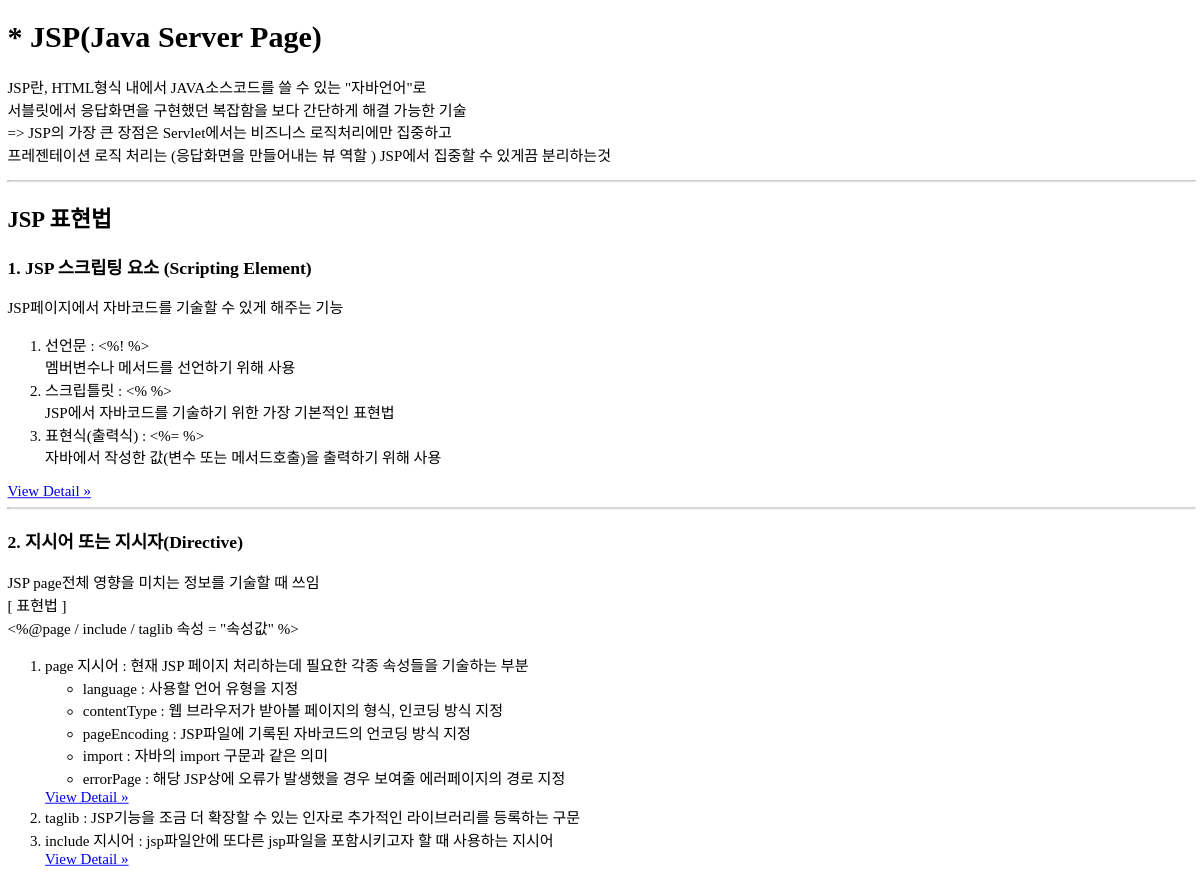
Repository: DonghwanSon1/StudyAndSubwayStore
Page: 2_JSP/WebContent/index.html
The author's editor kept a copy of each file at every save. The page is drawn from the files as they stood at one save, then again after the next save.
The browser window is 1280 px wide. The pictures show the whole page, at 94% of full size.

Above is the page before, as saved 2022-06-02 07:37:48.

After the next save:
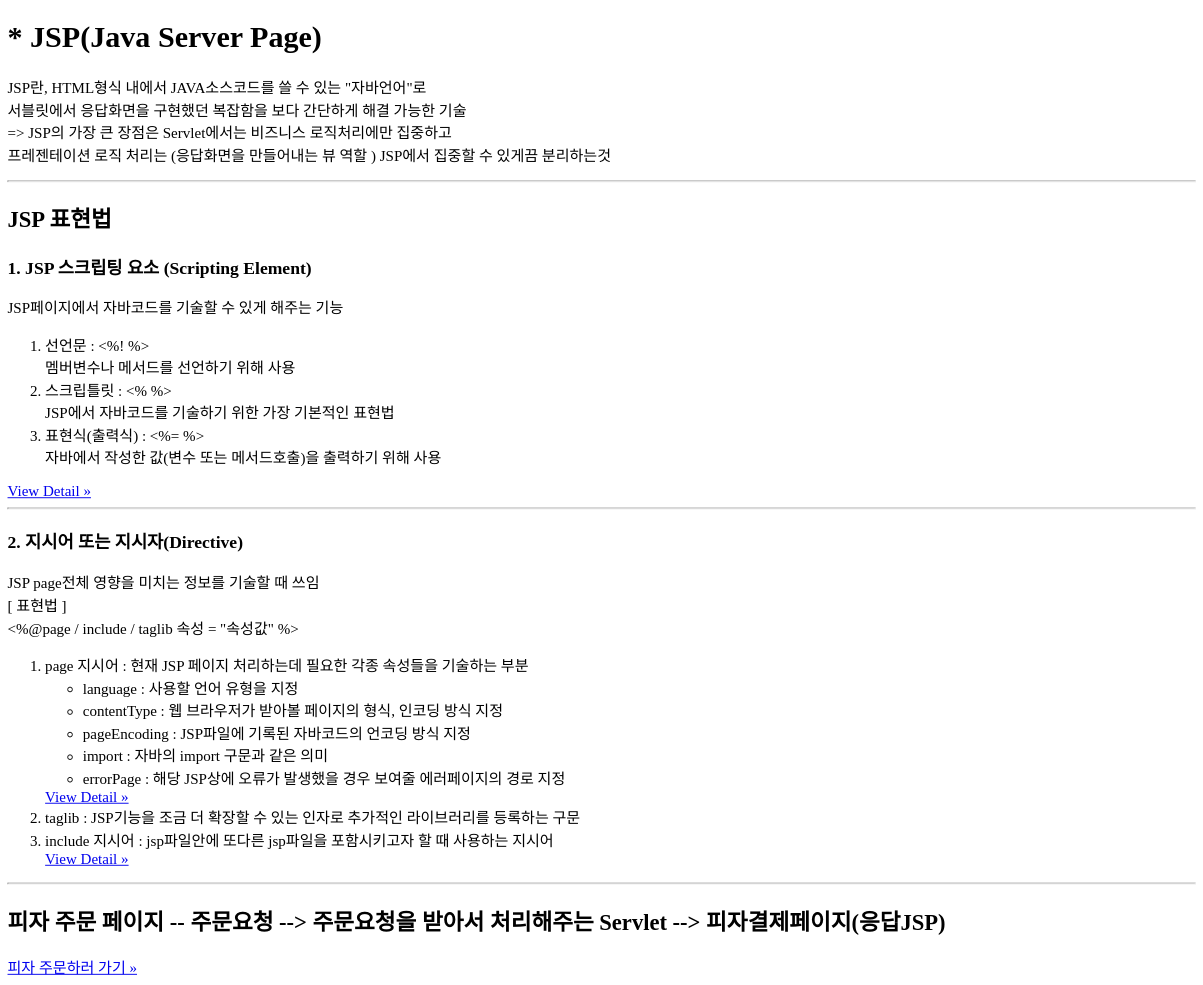
Saved 7 min 26 s later.
--- a/2_JSP/WebContent/index.html
+++ b/2_JSP/WebContent/index.html
@@ -73,8 +73,10 @@
 		</li>
 	</ol>
 
+	<hr>
 
-
+	<h2>피자 주문 페이지 -- 주문요청 --> 주문요청을 받아서 처리해주는 Servlet --> 피자결제페이지(응답JSP)</h2>
+	<a href="views/04_PizzaOrderForm.jsp">피자 주문하러 가기 &raquo;</a>
 
 
 
